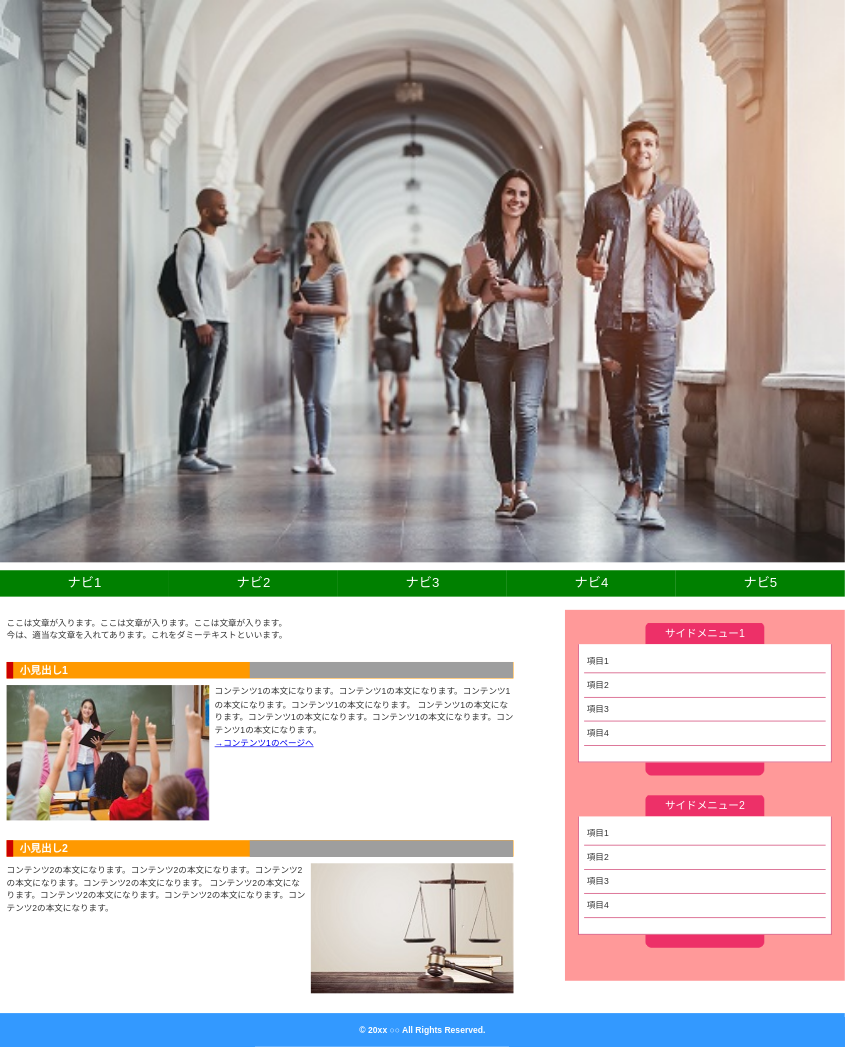
Repository: missan26/samurai_HTML-CSS
Page: index.html
The author's editor kept a record of every edit. The page is drawn from the files as they stood at one moment, then again after the next edit.
The browser window is 1280 px wide. The pictures show the whole page, at 66% of full size.
Pictures or frames that could not be fetched are drawn as grey boxes.

Above is the page before.

### index.html
<!DOCTYPE html>
<html lang="ja">
    <head>
        <meta charset="UTF-8">
        <title>HTML/CSSの学習</title>
        <link rel="stylesheet" href="stylesheet.css">
    </head>
    <body>
        <div id="header">
            <h1><a href="index.html"><img id="corridor" src="images/corridor.jpg" alt="大学の廊下" /></a></h1>
        </div>
        <div id="wrapper">
            <div id="nav">
                <ul>
                    <li><a href="home.html">ナビ1</a></li>
                    <li><a href="#">ナビ2</a></li>
                    <li><a href="#">ナビ3</a></li>
                    <li><a href="#">ナビ4</a></li>
                    <li><a href="#">ナビ5</a></li>
                </ul>
            </div>
            <div id="container">
                <div id="main">
                    <div class="post">
                        <p>ここは文章が入ります。ここは文章が入ります。ここは文章が入ります。<br />今は、適当な文章を入れてあります。これをダミーテキストといいます。</p>
                    </div>
                    <div class="post clearfix">
                        <h2>小見出し1</h2>
                        <img class="left" src="images/classroom.jpg" alt="授業風景" />
                        <p>
                            コンテンツ1の本文になります。コンテンツ1の本文になります。コンテンツ1の本文になります。コンテンツ1の本文になります。
                            コンテンツ1の本文になります。コンテンツ1の本文になります。コンテンツ1の本文になります。コンテンツ1の本文になります。
                        </p>
                        <p><a href="#">→コンテンツ1のページへ</a></p>
                    </div>
                    <div class="post clearfix">
                        <h2>小見出し2</h2>
                        <img class="right" src="images/scale.jpg" alt="天秤" />
                        <p>
                            コンテンツ2の本文になります。コンテンツ2の本文になります。コンテンツ2の本文になります。コンテンツ2の本文になります。
                            コンテンツ2の本文になります。コンテンツ2の本文になります。コンテンツ2の本文になります。コンテンツ2の本文になります。
                        </p>
                    </div>
                </div>
                <div id="side">
                    <div class="box">
                        <h2>サイドメニュー1</h2>
                        <div class="boxBody">
                            <ul>
                                <li>項目1</li>
                                <li>項目2</li>
                                <li>項目3</li>
                                <li>項目4</li>
                            </ul>
                        </div>
                    </div>
                    <div class="box">
                        <h2>サイドメニュー2</h2>
                        <div class="boxBody">
                            <ul>
                                <li>項目1</li>
                                <li>項目2</li>
                                <li>項目3</li>
                                <li>項目4</li>
                            </ul>
                        </div>
                    </div>
                </div>
            </div>
        </div>
        <div id="footer">
            <p>&copy; 20xx ○○ All Rights Reserved.</p>
        </div>
    </body>
</html>

### stylesheet.css
@charset "utf-8";

body {
	margin: 0;
	padding: 0;
	font-family: "ヒラギノ角ゴ Pro W3", "Hiragino Kaku Gothic Pro", "メイリオ", Meiryo, Osaka, "ＭＳ Ｐゴシック", "MS PGothic", sans-serif;
	color: #333;
	font-size: 13px;
	line-height: 150%;
}

/* -------------------- wrapper -------------------- */
#wrapper {
    width: 100%;
    margin: auto;
    padding: 0px;
    border: 0px;
    background-color: #FFF;
    top: 10px;
    position: relative;
}

/* -------------------- header -------------------- */
#header {
	width: 100%;
}
#header h1 {
	margin: 0;
	padding: 0;
}

#corridor {
	width: 100%;
	height: auto;
}

/* -------------------- footer -------------------- */
#footer {
	clear: both;
	width: 100%;
	padding: 3px 0 3px 0;
	background: #39F;
	color: #FFF;
	font-weight: bold;
	text-align: center;
}

/* -------------------- nav -------------------- */
#nav {
	width: 100%;
}
#nav ul {
    display: flex;
	margin: 0;
	padding: 0;
	list-style-type: none;
}
#nav ul li {
	float: legt;
	width: 20%;
	text-align: center;
}
#nav ul li a {
	display: block;
	height: 20px;
	margin: 0;
	padding: 10px;
	color: #FFF;
	font-size: 20px;
	text-decoration: none;
	background-color: green;
}

#nav ul li a:hover {
	filter: drop-shadow(10px 10px 10px black);
}

/* -------------------- container -------------------- */
#container {
	width: 100%;
	margin: auto ;
	padding: auto;
	padding-top: 20px;
	clear: both;
}
/* -------------------- main -------------------- */
#main {
	float: left;
	width: 60%;
	padding: 10px 30px 10px 10px;
}
#main h2 {
	margin: 0 0 10px 0;
	padding: 3px 10px 3px 10px;
	color: #FFF;
	font-size: 16px;
	border-left: solid 10px #C00;
	background: #F90 url(../images/main_h2.jpg) right top repeat-y;
}
#main p {
	margin: 0;
	padding: 0;
}
#main .post {
	margin: 0 0 30px 0;
}

#main .post img.right {
	margin: 0 0 0 8px;
}
#main .post img.left {
	margin: 0 8px 0 0;
}

.right {
	float: right;
	width: 40%;
	height: auto;
}
.left {
	float: left;
	width: 40%;
	height: auto;
}

/* -------------------- clearfix -------------------- */
.clearfix {
    zoom: 1;
}
.clearfix:after{
	content: "";
	display: block;
	clear: both;
}

/* -------------------- side -------------------- */
#side {
	float: right;
	width: 30%;
	padding: 20px;
	background-color: #F99;
}
#side .box {
	margin: 0 auto 30px auto;
	padding: 0 0 20px 0;
	background: url(images/side_box.png) bottom no-repeat;
}
#side .box h2 {
	margin: 0;
	padding: 8px;
	text-align: center;
	color: #fff;
	font-size: 16px;
	line-height: 16px;
	font-weight: normal;
	background: url(images/side_box_h2.png) center no-repeat;
}
#side .box .boxBody {
	padding: 8px;
	border-right: solid 1px #C36;
	border-bottom: solid 1px #C36;
	border-left: solid 1px #C36;
	background: #fff;
}
#side .box .boxBody ul {
	margin: 0 0 16px 0;
	padding: 0;
}
#side .box .boxBody ul li {
	padding: 8px 0 8px 4px;
	list-style: none;
	border-bottom: solid 1px #C36;
}

#side .box .boxBody ul li:hover {
	padding: 8px 0 8px 4px;
	list-style: none;
	border-bottom: solid 1px #C36;
	box-shadow: 0px 4px 4px rgba(0, 0, 0, 0.3);
}

After the next edit:
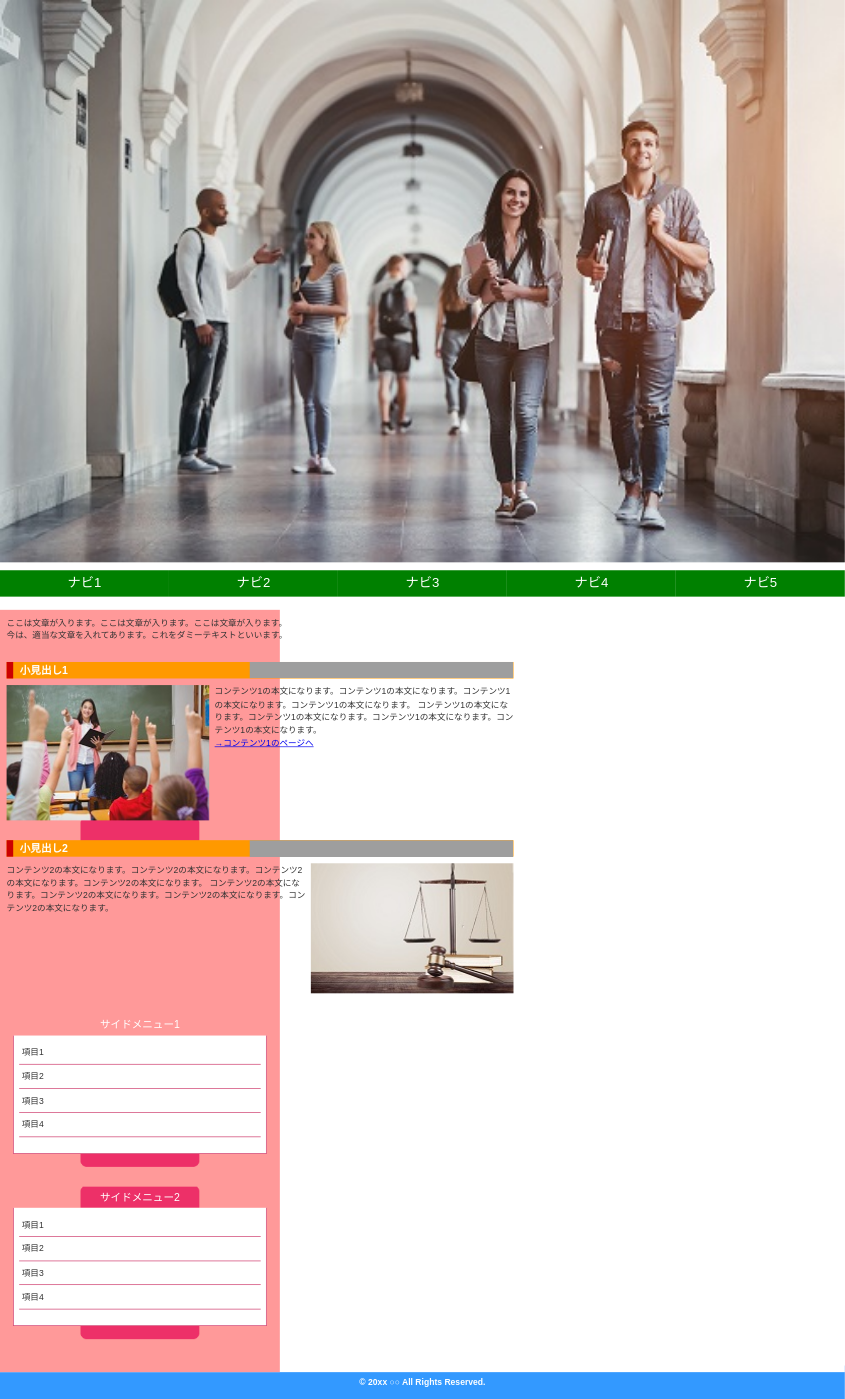
The edit:
--- a/stylesheet.css
+++ b/stylesheet.css
@@ -135,7 +135,6 @@
 
 /* -------------------- side -------------------- */
 #side {
-	float: right;
 	width: 30%;
 	padding: 20px;
 	background-color: #F99;

After the edit that followed:
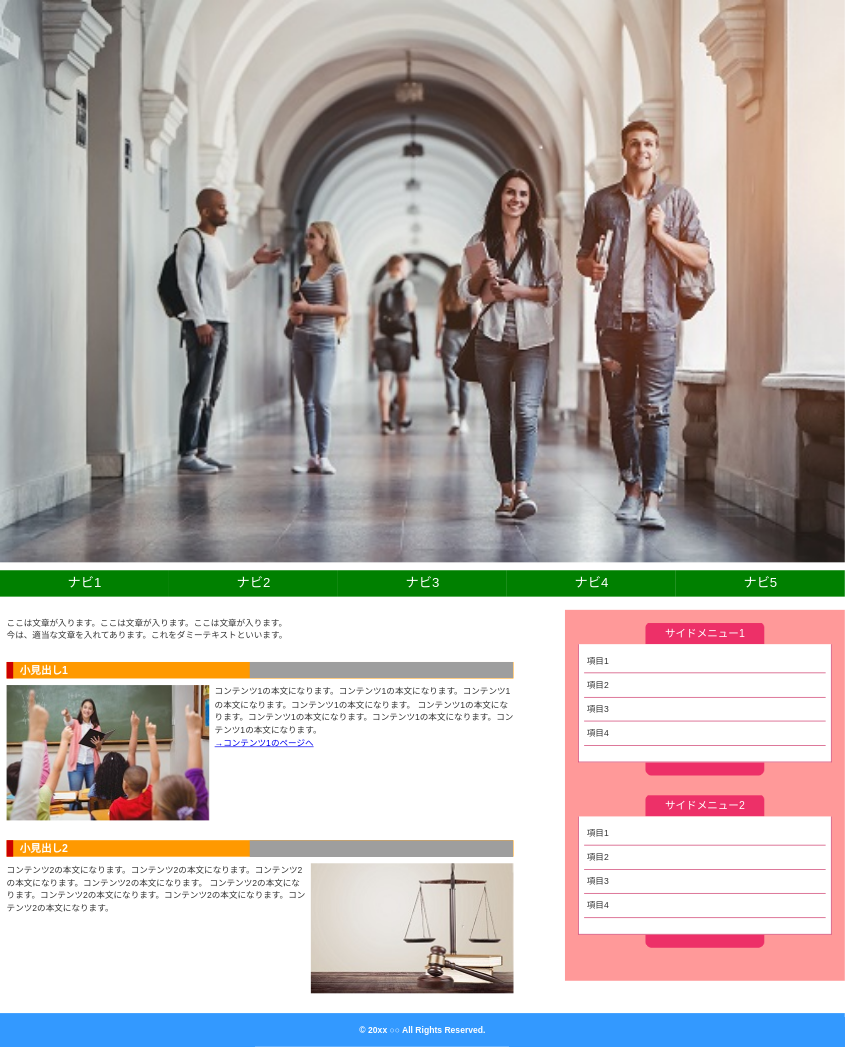
The edit:
--- a/stylesheet.css
+++ b/stylesheet.css
@@ -56,7 +56,6 @@
 	list-style-type: none;
 }
 #nav ul li {
-	float: legt;
 	width: 20%;
 	text-align: center;
 }
@@ -135,6 +134,7 @@
 
 /* -------------------- side -------------------- */
 #side {
+	float: right;
 	width: 30%;
 	padding: 20px;
 	background-color: #F99;
@@ -146,7 +146,7 @@
 }
 #side .box h2 {
 	margin: 0;
-	padding: 8px;
+	padding: 8px;/* margin-top:-52px訂正箇所。打ち間違いの為修正*/
 	text-align: center;
 	color: #fff;
 	font-size: 16px;
